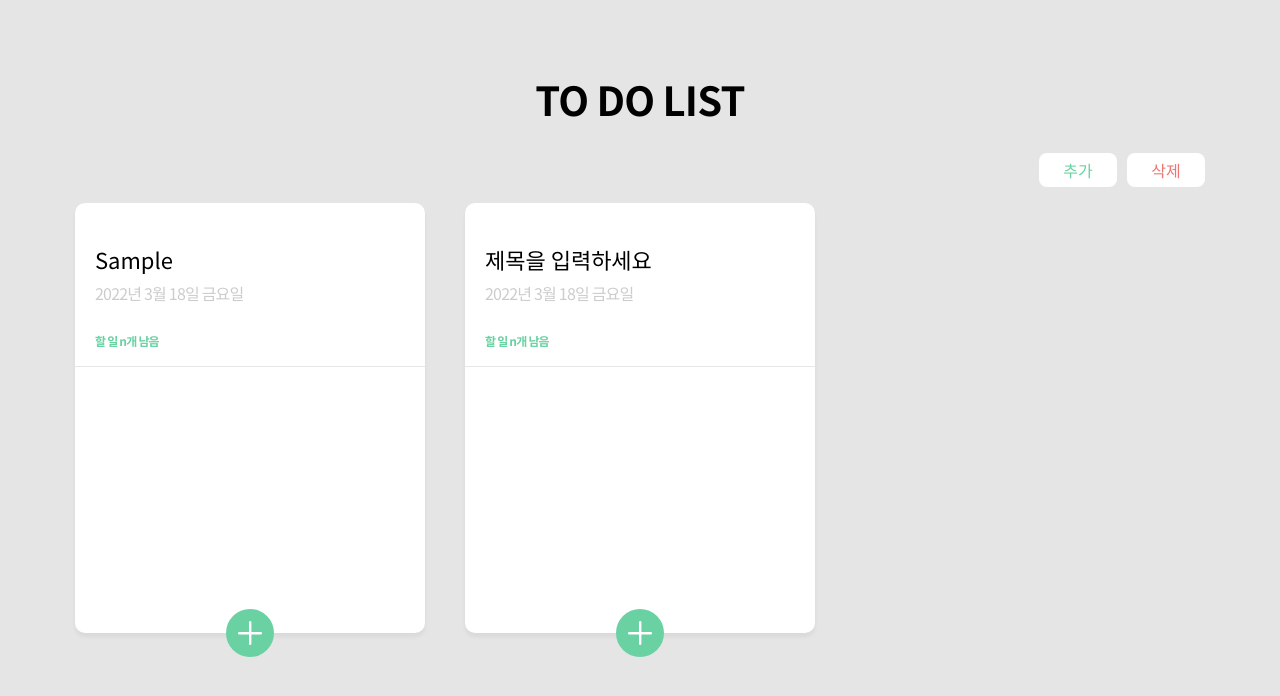
Repository: KIMSEOUNYOUNG/toDoList
Page: skin/main.html
These files come from the project's save history. The page is drawn as it stood at one moment and after the next save; the edit follows.
The browser window is 1280 px wide. The pictures show the whole page.
Empty fields were first filled with sample values (such as "Sample", 5 or name@example.com).
After loading, the first visible `button.btn` was clicked once.

Above is the page before, as saved 2022-04-29 18:14:53.

### skin/main.html
<!DOCTYPE html>
<html lang="en">
<head>
    <meta charset="UTF-8">
    <meta http-equiv="X-UA-Compatible" content="IE=edge">
    <meta name="viewport" content="width=device-width, initial-scale=1.0">
    <title>To Do List</title>
    <!-- web font -->
    <link href="https://fonts.googleapis.com/css2?family=Noto+Sans+KR:wght@400;500;700&display=swap" rel="stylesheet">
    <!-- css -->
    <link rel="stylesheet" href="../resource/css/reset.css">
    <link rel="stylesheet" href="../resource/css/common.css">
    <link rel="stylesheet" href="../resource/css/style.css">
    <!-- js -->
    <script src="https://code.jquery.com/jquery-3.6.0.min.js"></script>
    <script src="../resource/js/main.js"></script>
</head>
<body>
    <div id="con" class="con">
        <div class="wrap">
            <h2 class="con_tit t_center">to do list</h2>
            <div class="btn_box">
                <button class="btn plus" onclick="addBox()">추가</button>
                <button class="btn del ml_10">삭제</button>
                <button class="btn del chk ml_10" onclick="delBox()">삭제</button>
            </div>
            <div class="row wp mb_75">

                <div class="col_8">

                    <label class="del_chk">
                        <input type="checkbox" disabled>
                        <div class="tdList_box">

                            <div class="tdList_tit_box">
                                <input type="text" class="tdList_tit bn p_0" placeholder="제목을 입력하세요">
                                <p class="tdList_date">2022년 3월 18일 금요일</p>
                                <div class="tdList_remain"><b>할 일 n개 남음</b></div>
                            </div>

                                <ul class="tdList_list_box">

                                    <!-- <li>
                                        <label for="toDoList" class="fm_ch">
                                            <input class="chBox" type="checkbox" name="" id="toDoList">
                                            <div id="td_result" class="tdList_list_txt">할 일을 적어봅시다.</div>
                                            <button class="list_del">
                                                <i class="icon_trash"></i>
                                            </button>
                                        </label>
                                    </li> -->

                                </ul>

                            <div class="txt_box toggle_on">
                                <form >
                                    <input type="text" style="display: none;">
                                    <!-- <input class="bn" id="td_add" type="text" onkeypress="if(window.event.keyCode == 13){tdPrint();}" placeholder="할 일을 입력 후, Enter를 누르세요."> -->
                                    <input class="td_add bn" type="text" onkeypress="tdPrint()" placeholder="할 일을 입력 후, Enter를 누르세요." value="">
                                </form>
                            </div>
                            <div class="tdList_btn_box toggle_on">
                                <button class="tdList_btn">
                                    <i class="icon_plus"></i>
                                </button>
                            </div>

                        </div>
                    </label>

                </div>

            </div>
        </div>
    </div>
</body>
<script>
    // 입력 박스 이벤트
    $(document).ready(function(){
        txtBoxOn();
    });

    function txtBoxOn(){
        var plusBtn = document.querySelectorAll(".tdList_btn");

        console.log(plusBtn)

        plusBtn.forEach(function(btn){
            btn.addEventListener("click", function(){
                var btnBox = btn.parentNode;
                var tdListBox = btnBox.parentNode;
                var toggleOn = $(tdListBox).children('.toggle_on');

                // console.log(toggleOn);
                $(toggleOn).toggleClass('on');
            });
        });
    }

    // 클릭 이벤트
    var winWidth = window.innerWidth;

    var $tdBox = document.querySelectorAll('.tdList_box');

    $tdBox.forEach(function(el){
        // 모바일 클릭
        if(winWidth <= 720){
            $(el).on('click', function(e){
                $(this).addClass('mob_on');
            });
        } else {
            $($tdBox).off('click').removeClass('mob_on');
        }

    });
    // // 리사이징
    window.addEventListener('resize', function(){
        var winWidth = window.innerWidth;

        $tdBox.forEach(function(el){
            // 모바일 클릭
            if(winWidth <= 720){
                $(el).on('click', function(e){
                    $(this).addClass('mob_on');
                });
            } else {
                $($tdBox).off('click').removeClass('mob_on');
            }

        });
    });

    // tdList_tit toDoList 추가 이벤트
    function tdPrint(){
        var curretBox = window.event.target;

        if(window.event.keyCode == 13 && $(curretBox).hasClass('td_add')){
            var tdAdd = curretBox.value;
            var tdLBox = $(curretBox).closest('div').siblings('.tdList_list_box');
            var newList = document.createElement("li");

            $(newList).append('<label for="toDoList" class="fm_ch"><input class="chBox" type="checkbox" name="" id="toDoList"><div id="td_result" class="tdList_list_txt">'+ tdAdd +'</div><button class="list_del"><i class="icon_trash"></i></button></label></li>');

            tdLBox.append(newList);

            curretBox.value = null;
        }
    }

    // tdList_box 삭제
    $('.btn.del:not(.chk)').on('click', function(){
        var $tdBox = document.querySelectorAll('.tdList_box');
        var boxNum = $tdBox.length;
        console.log(boxNum)

        if(boxNum < 1){
            alert('삭제할 리스트가 없습니다.');
        } else {
            var $delChkBox = document.querySelectorAll('.del_chk > input');

            $(this).hide().siblings('.btn.del').show();
            $($delChkBox).attr('disabled', false);

            console.log($delChkBox);

            $delChkBox.forEach(function(el){
                $(el).on('click', function(){
                    $(this).toggleClass('checked');
                });
            });
        }
    });

    function delBox(){
        var chk = document.querySelectorAll('.checked');

        $(chk).closest('div').remove();
        $('.del_chk > input').attr('disabled', true);
        $('.chk').hide().siblings('.del').show();
    }

    function addBox(){
        var newBox = `<label class="del_chk">
                                <input type="checkbox" disabled>
                                <div class="tdList_box">

                                    <div class="tdList_tit_box">
                                        <input type="text" class="tdList_tit bn p_0" placeholder="제목을 입력하세요">
                                        <p class="tdList_date">2022년 3월 18일 금요일</p>
                                        <div class="tdList_remain"><b>할 일 n개 남음</b></div>
                                    </div>

                                        <ul class="tdList_list_box"></ul>

                                    <div class="txt_box toggle_on">
                                        <form >
                                            <input type="text" style="display: none;">
                                            <input class="td_add bn" type="text" onkeypress="tdPrint()" placeholder="할 일을 입력 후, Enter를 누르세요." value="">
                                        </form>
                                    </div>
                                    <div class="tdList_btn_box toggle_on">
                                        <button class="tdList_btn">
                                            <i class="icon_plus"></i>
                                        </button>
                                    </div>

                                </div>
                        </label>`;
        var boxWrap = document.querySelector('.row');
        var newCol = document.createElement('div');

        newCol.classList.add('col_8');
        newCol.innerHTML = newBox;

        boxWrap.appendChild(newCol);
    }

</script>
</html>

### resource/css/reset.css
/*
html5doctor.com Reset Stylesheet
v1.6.1
Last Updated: 2010-09-17
Author: Richard Clark - http://richclarkdesign.com
Twitter: @rich_clark
*/

/* color */
:root {
	--gray1: #e7e7e7;
	--gray2: #f5f5f5;
	--green: #69D1A2;
	--red: #ED7470;
}

html, body, div, span, object, iframe,
h1, h2, h3, h4, h5, h6, p, blockquote, pre,
abbr, address, cite, code,
del, dfn, em, img, ins, kbd, q, samp,
small, strong, sub, sup, var,
b, i,
dl, dt, dd, ol, ul, li,
fieldset, form, label, legend,
table, caption, tbody, tfoot, thead, tr, th, td,
article, aside, canvas, details, figcaption, figure,
footer, header, hgroup, menu, nav, section, summary,
time, mark, audio, video {
  margin: 0;
  padding: 0;
  border: 0;
  outline: 0;
  font-size: 100%;
  vertical-align: baseline;
  background: transparent;
}

article, aside, details, figcaption, figure,
footer, header, hgroup, menu, nav, section {
  display: block;
}

blockquote, q {
  quotes: none;
}

blockquote:before, blockquote:after,
q:before, q:after {
  content: "";
  content: none;
}

a {
  margin: 0;
  padding: 0;
  font-size: 100%;
  vertical-align: baseline;
  background: transparent;
  color: #222;
}

/* change colours to suit your needs */
ins {
  background-color: transparent;
  color: #000;
  text-decoration: none;
}

/* change colours to suit your needs */
mark {
  font-style: italic;
  line-height: initial;
}

del {
  text-decoration: line-through;
}

abbr[title], dfn[title] {
  border-bottom: 1px dotted;
  cursor: help;
}

table {
  border-collapse: collapse;
  border-spacing: 0;
}

/* change border colour to suit your needs */
hr {
  display: block;
  height: 1px;
  border: 0;
  border-top: 1px solid #cccccc;
  margin: 1em 0;
  padding: 0;
}

input, textarea {
  appearance: none;
  -webkit-appearance: none;
  -webkit-border-radius: 0;
}

input, select {
  vertical-align: middle;
}

input:-webkit-autofill:hover, input:-webkit-autofill:focus, input:-webkit-autofill:active {
  transition: background-color 5000s ease-in-out 0s;
  -webkit-transition: background-color 9999s ease-out;
  -webkit-box-shadow: 0 0 0px 1000px rgba(255, 255, 255, 0) inset !important;
}

select {
  font-family: inherit;
  -webkit-appearance: none;
  -moz-appearance: none;
  appearance: none;
  -webkit-border-radius: 0;
  -moz-border-radius: 0;
  -o-border-radius: 0;
  border-radius: 0;
}
select::-ms-expand {
  display: none;
}

ul, ol, li {
  list-style: none;
}

input {
  font-family: inherit;
  -webkit-appearance: none;
  -moz-appearance: none;
  appearance: none;
}

/* input box color */
input:-webkit-autofill {
  -webkit-box-shadow: 0 0 0 30px #ffffff inset;
  -webkit-t-fill-color: #000000;
}

input:-webkit-autofill, input:-webkit-autofill:hover,
input:-webkit-autofill:focus,
input:-webkit-autofill:active {
  transition: background-color 5000s ease-in-out 0s;
}

textarea {
  font-family: inherit;
}

input[type=button],
input[type=submit],
button {
  font-family: inherit;
  background: transparent;
  border: none;
  box-shadow: none;
  border-radius: 0;
  padding: 0;
  overflow: visible;
  cursor: pointer;
  color: inherit;
  -webkit-appearance: none;
  -moz-appearance: none;
  appearance: none;
}

button:active,
button:focus {
  outline: none;
}

img {
  -ms-interpolation-mode: bicubic !important;
}

html {
  font-size: 100%;
  -webkit-text-size-adjust: none;
  -ms-text-size-adjust: none;
  letter-spacing: -0.05em;
}

a {
  text-decoration: none;
  color: inherit;
}

* {
  box-sizing: border-box;
}
*:before, *:after {
  box-sizing: border-box;
}

/*# sourceMappingURL=reset.css.map */

### resource/css/common.css
@charset "UTF-8";

/* font */
html, body {
    font-family: "Noto Sans KR", sans-serif;
    background-color: #E5E5E5;
}

/* align */
.t_center {
    text-align: center;
}
/* font-size */

/* wrap */
.wrap {
    max-width: 1160px;
    width: 100%;
    margin: 0 auto;
    padding: 0 15px;
}

/* tit */
.con_tit {
    font-size: 40px;
    font-weight: 700;
    text-transform: uppercase;
    padding: 70px 0 25px;
}

/* flex wrap */
.row {
    display: flex;
    flex-direction: row;
    flex-wrap: wrap;
}
.row.wp {
    margin-top: -64px;
    margin-left: -20px;
    margin-right: -20px;
}
.row .col_8 {
    flex: 0 1 auto;
    width: 33.333333%;
    padding: 64px 20px 0 20px;
}

/* padding margin */
.p_0 {
    padding: 0;
}
.ml_10 {
    margin-left: 10px;
}
.mb_75 {
    margin-bottom: 75px;
}

/* button */
.btn {
    display: block;
    width: 78px;
    height: 34px;
    font-size: 1rem;
    border-radius: 8px;
    line-height: 34px;
    background-color: #fff;
    transition: background-color .3s, color .3s;
}
.btn.plus {
    color: var(--green);
}
.btn.plus:hover {
    background-color: var(--green);
    color: #fff;
}
.btn.del {
    color: var(--red);
}
.btn.del:hover {
    background-color: var(--red);
    color: #fff;
}
.btn.del.chk {
    background-color: var(--red);
    color: #fff;
    display: none;
}
/* input */
.bn {
    border: unset;
    outline: none;
}
/* checkbox */
.fm_ch {
    position: relative;
    width: 100%;
}
/* .fm_ch > input[type=text] {
    width: calc(100% - 39px);
} */
label {
    position: relative;
}
input[type=checkbox]{
    position: absolute;
    top: 0;
    left: 0;
    line-height: 0;
    font-size: 0;
    width: 0;
    height: 0;
    color: transparent;
    overflow: hidden;
    opacity: 0;
}
.del_chk input[type=checkbox]:checked + .tdList_box::after {
    display: block;
    box-shadow: 0 0 0 3px var(--red) inset;
    /* background-color: #eee; */
}
.fm_ch .chBox {
    position: relative;
    display: inline-block;
    vertical-align: middle;
    cursor: pointer;
    width: 24px;
    height: 24px;
    margin: unset;
    margin-right: 15px;
    opacity: 1;
}
.fm_ch .chBox::before,
.fm_ch .chBox::after {
    content: '';
    display: block !important;
    position: absolute;
    left: 50%;
    top: 50%;
    width: 100%;
    height: 100%;
    transform: translate(-50%, -50%);
    background-repeat: no-repeat;
    background-position: center center;
}
.fm_ch .chBox::before {
    border: 1px solid #ccc;
    border-radius: 50%;
}
.fm_ch .chBox::after{
    transform: translate(-50%, -50%) scale(0);
    background-image: url("data:[embedded picture, 209 characters]");
}
.fm_ch input[type=checkbox]:checked::before {
    border-color: var(--green);
}
.fm_ch input[type=checkbox]:checked::after {
    transform: translate(-50%, -50%) scale(1);
}
.fm_ch input[type=checkbox]:checked + .tdList_list_txt {
    color: #ccc;
}

/* icon */
i[class*=icon_], i[class^=icon_] {
    display: inline-block;
    text-align: center;
    text-indent: -9999px;
    font-size: 1px;
    overflow: hidden;
    width: 24px;
    height: 24px;
    background-position: center;
    background-repeat: no-repeat;
    background-size: auto;
    vertical-align: middle;
}
i.icon_plus {
    background-image: url("data:[embedded picture, 345 characters]");
    background-size: contain;
}
i.icon_chk {
    background-image: url("data:[embedded picture, 209 characters]");
    width: 14px;
    height: 12px;
    background-size: contain;
}
i.icon_trash {
    background-image: url("data:[embedded picture, 1091 characters]");
    width: 30px;
    height: 30px;
    background-size: contain;
}

### resource/css/style.css
.con {
    overflow: hidden;
}
.btn_box {
    position: relative;
    margin-left: auto;
    display: flex;
    align-items: center;
    justify-content: flex-end;
    margin-bottom: 16px;
    z-index: 5;
}

.tdList_box {
    position: relative;
    padding: 40px 20px;
    background-color: #fff;
    height: 430px;
    border-radius: 10px;
    box-shadow: 0 4px 4px 0 rgba(0, 0, 0, .05);
    /* overflow: hidden; */
}
.tdList_box::after {
    content: '';
    position: absolute;
    display: none;
    width: 100%;
    height: 100%;
    top: 0;
    left: 0;
    background-color: rgba(0, 0, 0, 0);
    border-radius: 10px;
    z-index: 100;
}
.tdList_box .tdList {
    width: 100%;
    height: 100%;
    overflow-x: hidden;
    overflow-y: auto;
}
.tdList_box .tdList_tit_box {
    position: relative;
    line-height: 1;
}
.tdList_box .tdList_tit_box::after {
    content: '';
    position: absolute;
    display: inline-block;
    width: calc(100% + 40px);
    height: 1px;
    background-color: var(--gray1);
    left: -20px;
    bottom: 0;
    z-index: 100;
}
.tdList_box .tdList_tit_box .tdList_tit {
    display: block;
    font-size: 22px;
    font-weight: 500;
    width: 100%;
    overflow: hidden;
    text-overflow: ellipsis;
    white-space: nowrap;
}
.tdList_box .tdList_tit_box .tdList_tit::placeholder {
    color: #000;
}
.tdList_box .tdList_tit_box .tdList_date {
    font-size: 14;
    font-weight: 400;
    color: #ccc;
    margin-top: 10px;
}
.tdList_box .tdList_tit_box .tdList_remain {
    font-size: 12px;
    color: var(--green);
    margin-top: 34px;
    padding-bottom: 20px;
}
.tdList_box .tdList_list_box {
    margin-top: 25px;
    width: 100%;
    height: 200px;
    overflow-x: hidden;
    overflow-y: auto;
}
.tdList_box .tdList_list_box::-webkit-scrollbar {
    width: 5px;
}
.tdList_box .tdList_list_box::-webkit-scrollbar-thumb {
    background-color: #bbb;
    border-radius: 10px;
}
.tdList_box .tdList_list_box::-webkit-scrollbar-track {
    background-color: #eee;
    border-radius: 10px;
}
.tdList_box .tdList_list_box li:not(:first-child) {
    margin-top: 15px;
}
.tdList_box .tdList_list_box li .fm_ch {
    position: relative;
    display: flex;
    align-items: center;
    justify-content: flex-start;
}
.tdList_box .tdList_list_box li label .tdList_list_txt {
    display: block;
    width: calc(100% - 69px);
    overflow: hidden;
    text-overflow: ellipsis;
    white-space: nowrap;
    font-size: 1rem;
}
.tdList_box .tdList_list_box li label .list_del {
    margin-left: auto;
    opacity: 0;
}
.tdList_box .tdList_list_box li:hover label .list_del {
    opacity: 1;
}
.tdList_box .txt_box {
    position: absolute;
    display: none;
    padding: 15px 30px;
    width: 100%;
    height: 90px;
    left: 0;
    bottom: 0;
    background-color: var(--gray2);
    border-radius: 0 0 10px 10px;
}
.tdList_box .txt_box.on {
    display: block;
}
.tdList_box .txt_box::after {
    content: '';
    position: absolute;
    display: inline-block;
    width: 100%;
    height: 1px;
    background-color: var(--gray1);
    top: 0;
    left: 0;
}
.tdList_box .txt_box input {
    width: 100%;
    padding: 12px 10px;
    border-radius: 3px;
    font-size: 12px;
}
.tdList_box .txt_box input::placeholder {
    color: #A1A1A1;
}
.tdList_box .tdList_btn_box {
    position: absolute;
    display: block;
    width: 48px;
    height: 48px;
    left: 50%;
    bottom: -48px;
    transform: translate(-50%, -24px);
    z-index: 10;
}
.tdList_box .tdList_btn_box .tdList_btn {
    display: flex;
    align-items: center;
    /* justify-content: center; */
    width: 100%;
    height: 100%;
    border-radius: 50%;
    background-color: var(--green);
}
.tdList_box .tdList_btn_box.on .tdList_btn {
    background-color: var(--red);
}
.tdList_box .tdList_btn_box .tdList_btn i {
    margin: 0 auto;
    transition: transform .3s;
}
.tdList_box .tdList_btn_box.on .tdList_btn i {
    transform: rotate(45deg);
}

/* 미디어 쿼리 */

@media screen and (max-width: 1160px){
    .tdList_box {
        height: 37.0690vw;
    }
}
@media screen and (max-width: 1024px){
    .row .col_8 {
        width: 50%;
    }
    .tdList_box {
        height: 54.3945vw;
    }
}
@media screen and (max-width: 720px){
    .row .col_8 {
        width: 100%;
    }
    .tdList_box {
        height: auto;
    }
    .tdList_box .tdList_tit_box::after {
        display: none;
    }
    .tdList_tit_box .tdList_remain {
        display: none;
    }
    .tdList_list_box {
        display: none;
        height: auto !important;
        margin-bottom: 70px;
    }
    .tdList_box .tdList_btn_box {
        display: none;
    }
    /* mob_on */
    .tdList_box.mob_on .tdList_tit_box::after {
        display: block;
    }
    .tdList_box.mob_on .tdList_remain {
        display: block;
    }
    .tdList_box.mob_on .tdList_list_box {
        display: block;
    }
    .tdList_box.mob_on .tdList_list_box label .list_del {
        opacity: 1;
    }
    .tdList_box.mob_on .txt_box {
        display: block;
    }
}

Loaded but not shown: resource/js/main.js (no stored copy; drawn as an empty file)

After the next save:
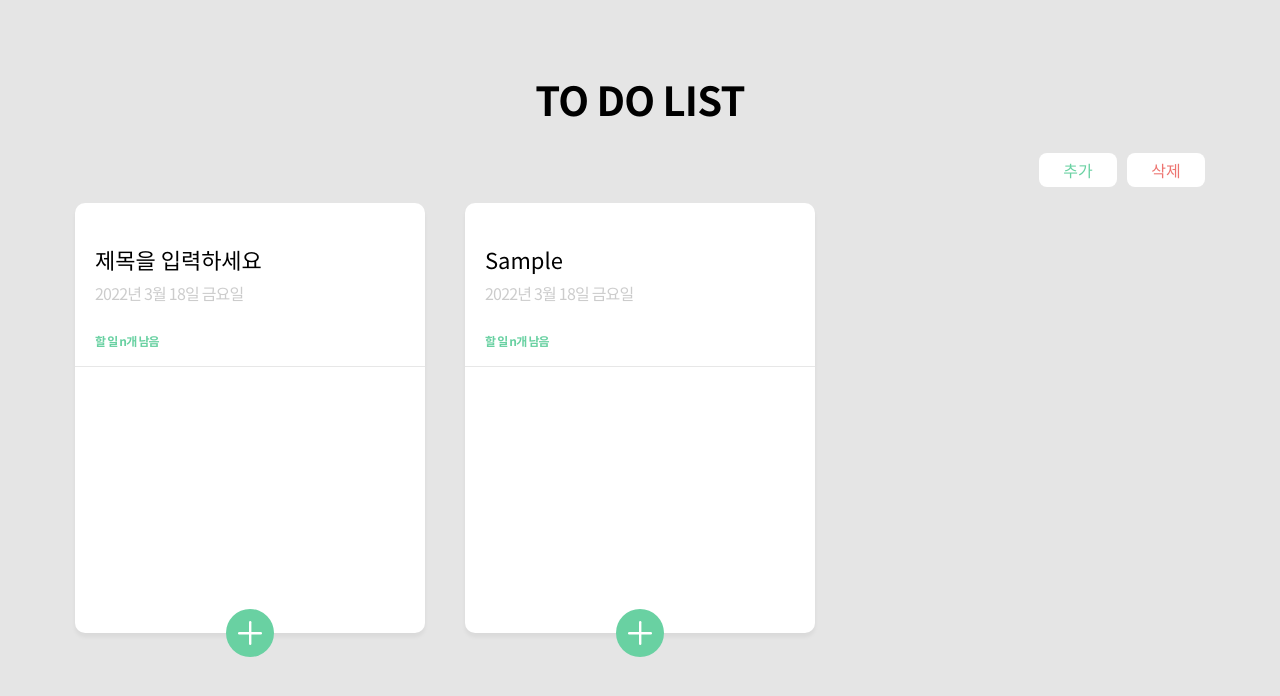
Saved 4 min 10 s later.
--- a/skin/main.html
+++ b/skin/main.html
@@ -212,7 +212,7 @@
         newCol.classList.add('col_8');
         newCol.innerHTML = newBox;
 
-        boxWrap.appendChild(newCol);
+        boxWrap.prepend(newCol);
     }
 
 </script>
